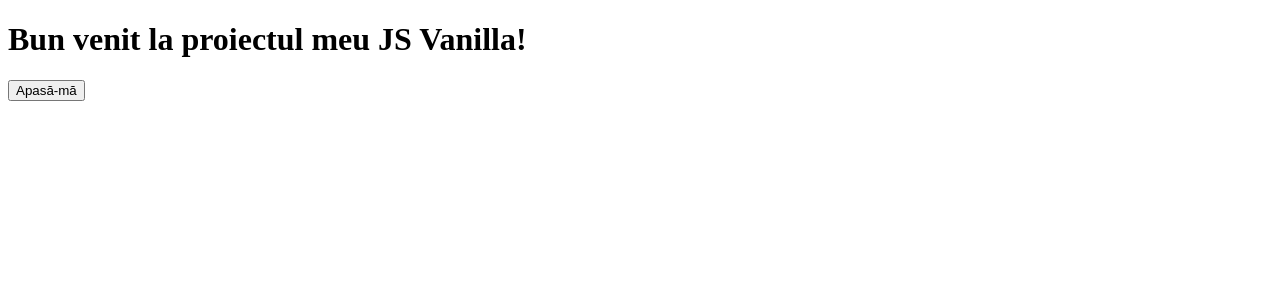
Repository: RalucaZota/To-do-App
Page: index.html
An editor plug-in stored every save of this project. The page is shown before and after the next save, followed by the edit.
The browser window is 1280 px wide. The pictures show the whole page.

Above is the page before, as saved 2025-03-22 18:35:47.
Not found: script.js

After the next save:
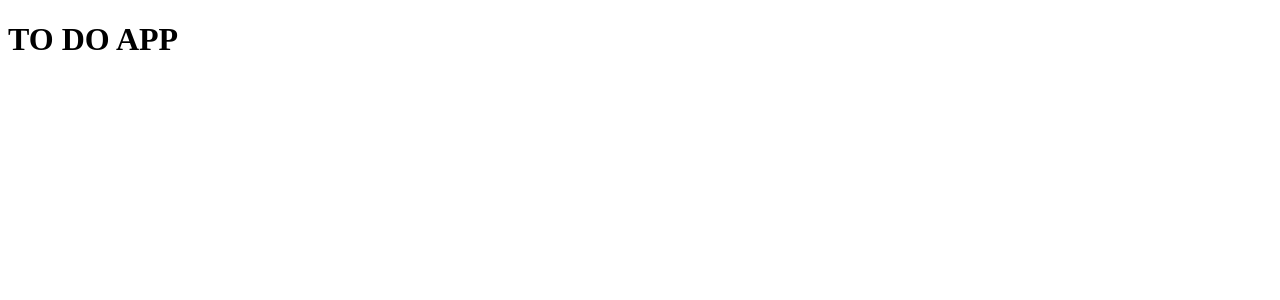
Saved 20 s later.
--- a/index.html
+++ b/index.html
@@ -3,13 +3,11 @@
 <head>
     <meta charset="UTF-8">
     <meta name="viewport" content="width=device-width, initial-scale=1.0">
-    <title>Proiect JS Vanilla</title>
+    <title>TO DO APP</title>
     <link rel="stylesheet" href="style.css">
 </head>
 <body>
-    <h1>Bun venit la proiectul meu JS Vanilla!</h1>
-    <button id="myButton">Apasă-mă</button>
-    <p id="message"></p>
+    <h1>TO DO APP</h1>
 
     <script src="script.js"></script>
 </body>
